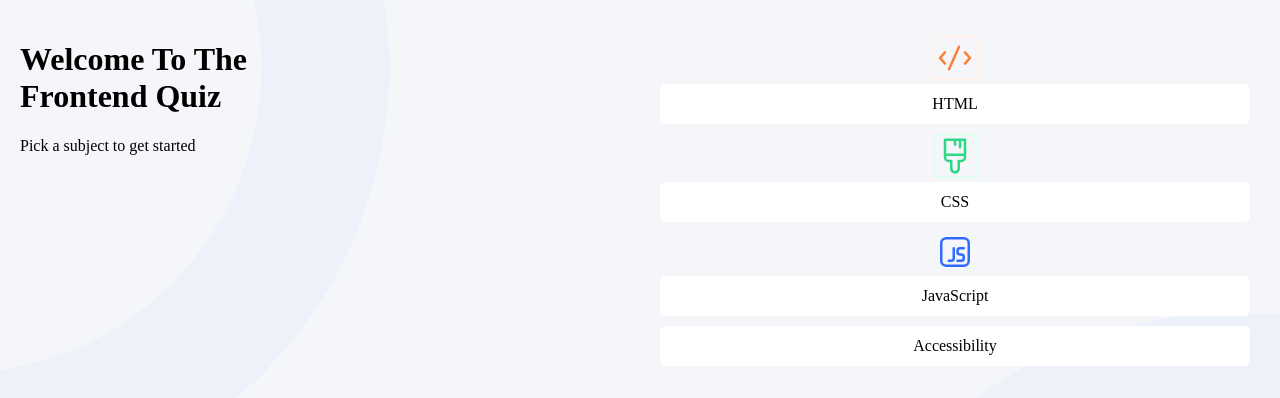
Repository: Daniel054311/Quiz-app-V1
Page: index.html
The author's editor kept a copy of each file at every save. The page is drawn from the files as they stood at one save, then again after the next save.
The browser window is 1280 px wide. The pictures show the whole page.

Above is the page before, as saved 2024-01-28 14:30:42.

### index.html
<!DOCTYPE html>
<html lang="en">
<head>
    <meta charset="UTF-8">
    <meta name="viewport" content="width=device-width, initial-scale=1.0">
    <title>Document</title>
    <link rel="stylesheet" type="text/css" href="./asset/css/index.css">
</head>
<body>
    <div class="parent-container">
        <div class="left-container">
         <h1>Welcome To The <br><b>Frontend Quiz</b></h1>
         <p>Pick a subject to get started</p>

        </div>
        <div class="right-container">
            <div class="navigation">
                <ul>
                  <li>
                    <img src="./asset/images/icon-html.svg" alt="" style="border: 2px solid #fff1E9">
                    <a href="#html">HTML</a>
                </li>
                  <li>
                    <img src="./asset/images/icon-css.svg"  alt="" style="border: 2px solid #E0FDEF">
                    <a href="#css">CSS</a>
                </li>
                  <li>
                    <img src="./asset/images/icon-js.svg" alt="" style="border: 2px ">
                    <a href="#javascript">JavaScript</a>
                </li>
                  <li>
                    <a href="#accessibility">Accessibility</a>
                </li>
                </ul>
              </div>
        </div>









    </div>

</body>
</html>

### asset/css/index.css
body {
    margin: 0;
    display: flex;
    align-items: center;
    justify-content: center;
    height: 100vh;
  }

  .parent-container {
    display: flex;
    flex-direction:row;
    width: 100%;
    height:100%;
    background-image:url("../images/pattern-background-desktop-light.svg");
    background-size: cover;
    background-color:#f4f6fA;

  }

  .left-container {
    flex: 1;
    padding: 20px;
    text-align:left;/* Add a border between left and right containers */
  }

  .right-container {
    flex: 1;
    padding: 20px;
    text-align:right;
    display:flex;
    flex-direction:column;
  }

  .navigation ul {
    list-style: none;
    padding: 0;
    display: flex;
    flex-direction: column;
  }

  .navigation li {
    margin-right: 10px;
    margin-bottom: 10px;
    text-align: center;
     /* Add space between buttons */
  }

  .navigation a {
    display: block;
    padding: 10px;
    text-decoration: none;
    color: #000000;
    background-color: #ffffff;
    border: 1px solid #ffffff;
    border-radius: 5px;
  }

  .navigation a:hover {


  }


  /* .header.h1 {
    text-align: center;
    font-weight: 500;
    font-size:25px;

  }
   */
  /* .user-controls {
    /* Add styles for user controls if needed */
  /* }

  .navigation {
    text-align: center;
  }

  .navigation ul {
    list-style: none;
    padding: 0;
    flex-direction: column;
    align-items:center
  }

  .navigation li {
    margin-bottom: 10px;
  }
   */



  /* .navigation a:hover {
    background-color: #ddd;
  } */

After the next save:
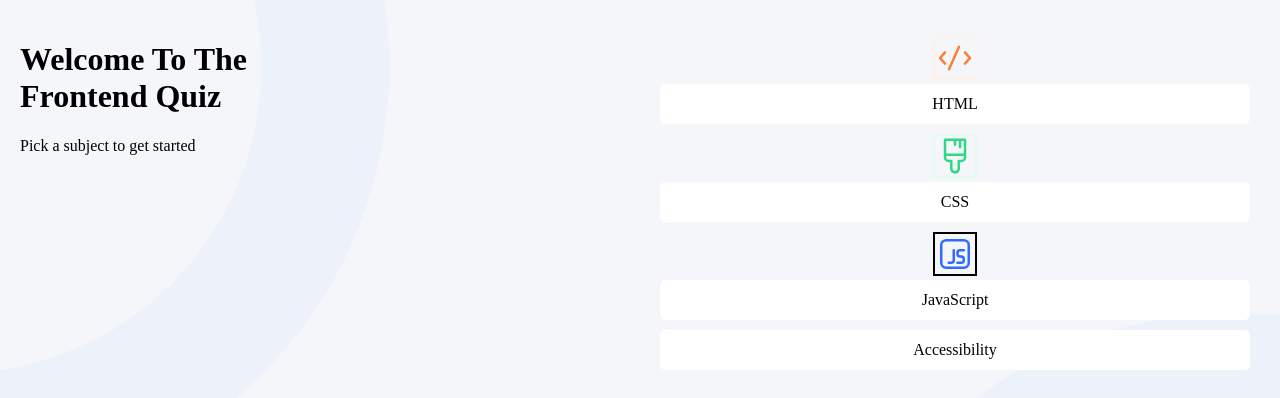
Saved 4 s later.
--- a/index.html
+++ b/index.html
@@ -25,7 +25,7 @@
                     <a href="#css">CSS</a>
                 </li>
                   <li>
-                    <img src="./asset/images/icon-js.svg" alt="" style="border: 2px ">
+                    <img src="./asset/images/icon-js.svg" alt="" style="border: 2px solid ">
                     <a href="#javascript">JavaScript</a>
                 </li>
                   <li>

After the save that followed:
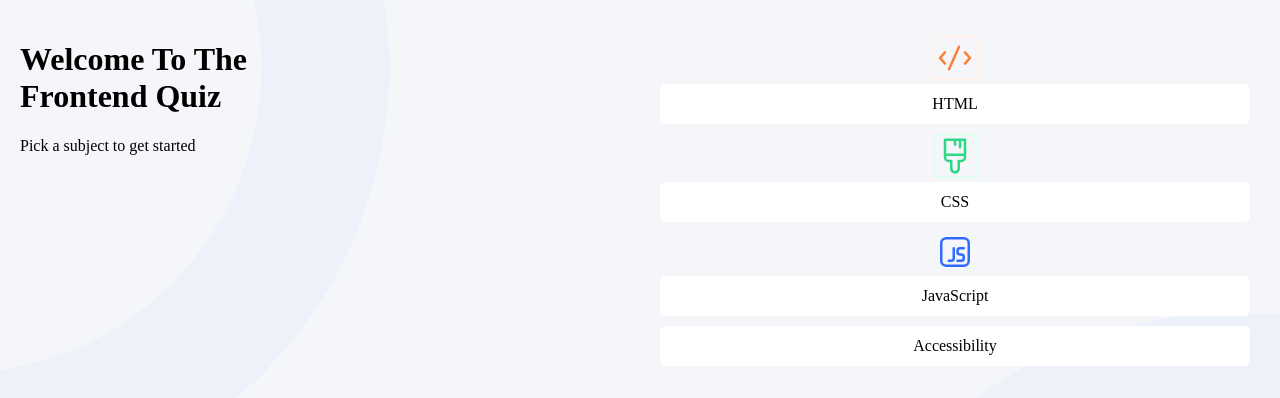
Saved 50 s later.
--- a/index.html
+++ b/index.html
@@ -25,7 +25,7 @@
                     <a href="#css">CSS</a>
                 </li>
                   <li>
-                    <img src="./asset/images/icon-js.svg" alt="" style="border: 2px solid ">
+                    <img src="./asset/images/icon-js.svg" alt="" style="border: 2px solid EBF0FF">
                     <a href="#javascript">JavaScript</a>
                 </li>
                   <li>
